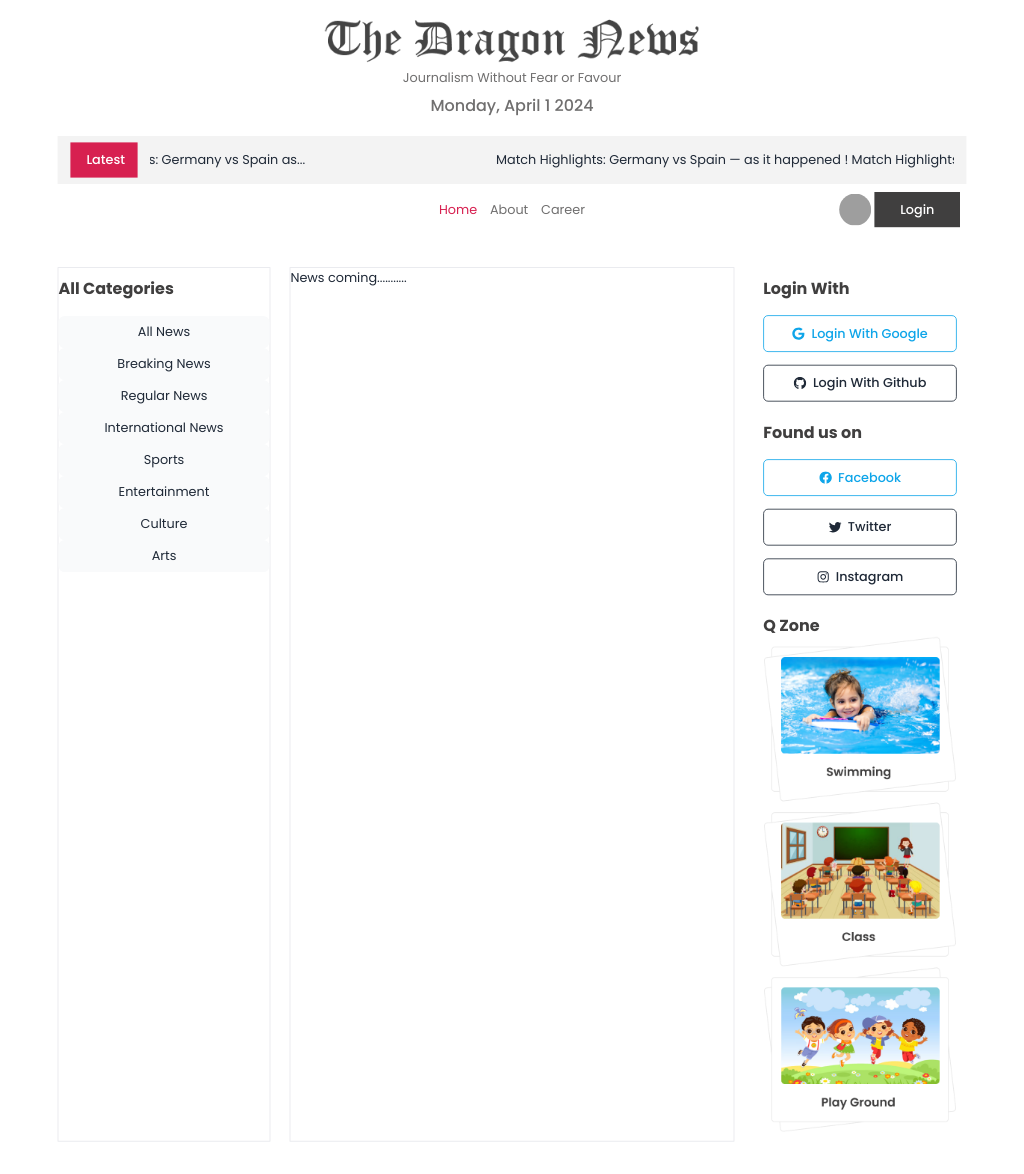
Repository: ShouravAhammed/react-dragon-news-auth
Page: /
An editor plug-in stored every save of this project. The page is shown before and after the next save, followed by the edit.
The browser window is 1280 px wide. The pictures show the whole page, at 80% of full size.
Pictures or frames that could not be fetched are drawn as grey boxes. The project was rebuilt for these pictures with package versions that can differ from the ones it lists, and the page was loaded fresh each time. Also part of the build but not shown: vite.config.js, src/pages/About/About.jsx, src/pages/Career/Career.jsx.

Above is the page before, as saved 2024-04-14 02:31:06.

### src/main.jsx
import React from 'react'
import ReactDOM from 'react-dom/client'
import './index.css'
import { RouterProvider } from 'react-router-dom'
import router from './Routes/Routes.jsx'

ReactDOM.createRoot(document.getElementById('root')).render(
  <React.StrictMode>
    <RouterProvider router={router}/>
  </React.StrictMode>,
)

### src/Routes/Routes.jsx
import Root from "../layout/Root";

import {
    createBrowserRouter,
  } from "react-router-dom";
import Home from "../pages/Home/Home";
import About from "../pages/About/About";
import Career from "../pages/Career/Career";

const router = createBrowserRouter([
    {
        path: '/',
        element: <Root></Root>,
        children: [
            {

                path: '/',
                element: <Home></Home>,
            },
            {

                path: '/about',
                element: <About></About>,
            },
            {

                path: '/career',
                element: <Career></Career>,
            },

        ]
    }
])

export default router;

### src/layout/Root.jsx
import { Outlet } from "react-router-dom";


const Root = () => {
    return (
        <div className="max-w-6xl mx-auto font-poppins px-2">
            <Outlet></Outlet>
        </div>
    );
};

export default Root;

### src/pages/Home/Home.jsx
import BreakingNews from "../BreakingNews/BreakingNews";
import Header from "../Shared/Header/Header";
import LeftSideNav from "../Shared/LeftSideNav/LeftSideNav";
import Navbar from "../Shared/Navbar/Navbar";
import RightSideNav from "../Shared/RIghtSideNav/RightSideNav";


const Home = () => {
    return (
        <div>
            <Header></Header>
            <BreakingNews></BreakingNews>
            <Navbar></Navbar>
            <div className="grid grid-cols-1 md:grid-cols-4 gap-6 my-10">
                <div className="col-span-1 border">
                    <LeftSideNav></LeftSideNav>
                </div>
                <div className="col-span-2 border">News coming...........</div>
                <div className="col-span-1">
                    <RightSideNav></RightSideNav>
                </div>
            </div>
        </div>
    );
};

export default Home;

### src/pages/BreakingNews/BreakingNews.jsx
import Marquee from "react-fast-marquee";
import { Link } from "react-router-dom";

const BreakingNews = () => {
  return (
    <div className="flex items-center gap-4 px-4 py-2 bg-[#F3F3F3]">
      <Link
        to={"/"}
        className="px-5 py-2.5 relative group overflow-hidden font-medium bg-[#D72050] text-white inline-block"
      >
        <span className="absolute top-0 left-0 flex w-full h-0 mb-0 transition-all duration-200 ease-out transform translate-y-0 bg-gray-50 group-hover:h-full"></span>
        <span className="relative group-hover:text-[#D72050]">Latest</span>
      </Link>
      <Marquee pauseOnHover={true} speed={100}>
        <p>
          Match Highlights: Germany vs Spain — as it happened ! Match
          Highlights: Germany vs Spain as...
        </p>
      </Marquee>
    </div>
  );
};

export default BreakingNews;

### src/pages/Shared/Header/Header.jsx

import moment from 'moment';
import logo from '../../../assets/logo.png'
const Header = () => {
    return (
        <div className=' space-y-2 text-center my-6'>
            <img className='mx-auto' src={logo} alt="" />
            <h3 className='text-[#18px] font-normal text-[#706F6F]'>Journalism Without Fear or Favour</h3>
            <p className='text-xl text-[#706F6F] font-medium'>{moment().format("dddd, MMMM D YYYY")}</p>
        </div>
    );
};

export default Header;

### src/pages/Shared/LeftSideNav/LeftSideNav.jsx
import { useEffect, useState } from "react";
import { NavLink } from "react-router-dom";

const LeftSideNav = () => {

        const [categories, setCategories] = useState([])

        useEffect(() => {
            fetch('categories.json')
            .then(res => res.json())
            .then(data => setCategories(data))
        }, [])

    return (
        <div>
           <div className="my-3">
           <h3 className="text-xl font-bold text-[#403F3F]">All Categories</h3>
           <div className="mt-5">
           {
            categories.map(categoryItem => <NavLink key={categoryItem.id} to={`/category/${categoryItem.id}`} className={`block py-2 text-center rounded-lg bg-gray-50 ${isActive => isActive ? 'text-red-500' : 'text-black'}`}>{categoryItem.name}</NavLink>)
           }
           </div>
           </div>

        </div>
    );
};

export default LeftSideNav;

### src/pages/Shared/Navbar/Navbar.jsx
import { Link, NavLink } from "react-router-dom";
import DefaultUser from '../../../assets/user.png'

const Navbar = () => {

    const navLinks =
    <>
        <li><NavLink to={'/'} className={({isActive}) => isActive ? 'text-[#D72050]' : 'text-[#706F6F]'}>Home</NavLink></li>
        <li><NavLink to={'/about'} className={({isActive}) => isActive ? 'text-[#D72050]' : 'text-[#706F6F]'}>About</NavLink></li>
        <li><NavLink to={'/career'} className={({isActive}) => isActive ? 'text-[#D72050]' : 'text-[#706F6F]'}>Career</NavLink></li>
    </>

    return (
        <div>
            <div className="navbar">
  <div className="navbar-start">
    <div className="dropdown">
      <div tabIndex={0} role="button" className="btn btn-ghost lg:hidden">
        <svg xmlns="http://www.w3.org/2000/svg" className="h-5 w-5" fill="none" viewBox="0 0 24 24" stroke="currentColor"><path strokeLinecap="round" strokeLinejoin="round" strokeWidth="2" d="M4 6h16M4 12h8m-8 6h16" /></svg>
      </div>
      <ul tabIndex={0} className=" menu-sm dropdown-content mt-3 z-[1] p-2 shadow bg-base-100 rounded-box w-52 text-[#706F6F] font-normal text-[18px]">
        {navLinks}
      </ul>
    </div>
  </div>
  <div className="navbar-center hidden lg:flex">
    <ul className="flex justify-center items-center gap-4 menu-horizontal px-1">
      {navLinks}
    </ul>
  </div>
  <div className="navbar-end">
  <div tabIndex={0} role="button" className="btn btn-ghost btn-circle avatar">
        <div className="w-10 rounded-full">
          <img alt="Tailwind CSS Navbar component" src={DefaultUser} />
        </div>
      </div>

  <Link
        className="px-8 py-2.5 relative group overflow-hidden font-medium bg-[#403F3F] text-white inline-block"
      >
        <span className="absolute top-0 left-0 flex w-full h-0 mb-0 transition-all duration-200 ease-out transform translate-y-0 bg-gray-50 group-hover:h-full"></span>
        <span className="relative group-hover:text-[#403F3F]">Login</span>
      </Link>
  </div>
</div>
        </div>
    );
};

export default Navbar;

### src/pages/Shared/RIghtSideNav/RightSideNav.jsx
import BtnLogin from "../../../Components/btnLogin/BtnLogin";


const RightSideNav = () => {
    return (
        <div>
            <BtnLogin></BtnLogin>
        </div>
    );
};

export default RightSideNav;

### src/Components/btnLogin/BtnLogin.jsx
import { FaFacebook, FaGithub, FaGoogle, FaInstagram, FaTwitter } from "react-icons/fa";
import QZone1 from '../../assets/qZone1.png'
import QZone2 from '../../assets/qZone2.png'
import QZone3 from '../../assets/qZone3.png'

const BtnLogin = () => {
    return (
        <div>
            <div className="p-3">
            <h3 className="text-xl font-bold text-[#403F3F]">Login With</h3>
            <div className="mt-5 space-y-4">
            <button
        className="w-full px-8 py-2.5 relative group overflow-hidden font-medium bg-white text-sky-500 inline-block border-sky-500 border rounded-md"
      >
        <span className="absolute top-0 left-0 flex w-full h-0 mb-0 transition-all duration-200 ease-out rounded-md transform translate-y-0 bg-sky-500 group-hover:h-full"></span>
        <div className="flex justify-center items-center gap-2">
        <span className="relative group-hover:text-white"><FaGoogle/></span>
        <span className="relative group-hover:text-white">Login With Google</span>
        </div>
      </button>
            <button
        className="w-full px-8 py-2.5 relative group overflow-hidden font-medium bg-white text-gray-800 inline-block border-gray-800 border rounded-md"
      >
        <span className="absolute top-0 left-0 flex w-full h-0 mb-0 transition-all duration-200 ease-out rounded-md transform translate-y-0 bg-gray-800 group-hover:h-full"></span>
        <div className="flex justify-center items-center gap-2">
        <span className="relative group-hover:text-white"><FaGithub /></span>
        <span className="relative group-hover:text-white">Login With Github</span>
        </div>
      </button>
            </div>
        </div>
            <div className="p-3">
            <h3 className="text-xl font-bold text-[#403F3F]">Found us on</h3>
            <div className="mt-5 space-y-4">
            <button
        className="w-full px-8 py-2.5 relative group overflow-hidden font-medium bg-white text-sky-500 inline-block border-sky-500 border rounded-md"
      >
        <span className="absolute top-0 left-0 flex w-full h-0 mb-0 transition-all duration-200 ease-out rounded-md transform translate-y-0 bg-sky-500 group-hover:h-full"></span>
        <div className="flex justify-center items-center gap-2">
        <span className="relative group-hover:text-white"><FaFacebook/></span>
        <span className="relative group-hover:text-white">Facebook</span>
        </div>
      </button>
            <button
        className="w-full px-8 py-2.5 relative group overflow-hidden font-medium bg-white text-gray-800 inline-block border-gray-800 border rounded-md"
      >
        <span className="absolute top-0 left-0 flex w-full h-0 mb-0 transition-all duration-200 ease-out rounded-md transform translate-y-0 bg-gray-800 group-hover:h-full"></span>
        <div className="flex justify-center items-center gap-2">
        <span className="relative group-hover:text-white"><FaTwitter /></span>
        <span className="relative group-hover:text-white">Twitter</span>
        </div>
      </button>
            <button
        className="w-full px-8 py-2.5 relative group overflow-hidden font-medium bg-white text-gray-800 inline-block border-gray-800 border rounded-md"
      >
        <span className="absolute top-0 left-0 flex w-full h-0 mb-0 transition-all duration-200 ease-out rounded-md transform translate-y-0 bg-gray-800 group-hover:h-full"></span>
        <div className="flex justify-center items-center gap-2">
        <span className="relative group-hover:text-white"><FaInstagram /></span>
        <span className="relative group-hover:text-white">Instagram</span>
        </div>
      </button>
            </div>
        </div>

        {/* Q zone */}

        <div className="p-3">
            <h3 className="text-xl font-bold text-[#403F3F]">Q Zone</h3>
            <img src={QZone1} alt="" />
            <img src={QZone2} alt="" />
            <img src={QZone3} alt="" />

        </div>

        </div>
    );
};

export default BtnLogin;

### tailwind.config.js
/** @type {import('tailwindcss').Config} */
export default {
  content: [
    "./index.html",
    "./src/**/*.{js,ts,jsx,tsx}",
  ],
  theme: {
    extend: {
      fontFamily: {
        poppins: '"Poppins", sans-serif;', // Adds a new `font-display` class
      }
    }
  },
  plugins: [require("daisyui")],
}

Loaded but not shown: index.html (common file); src/index.css (common file); public/categories.json (common file)

After the next save:
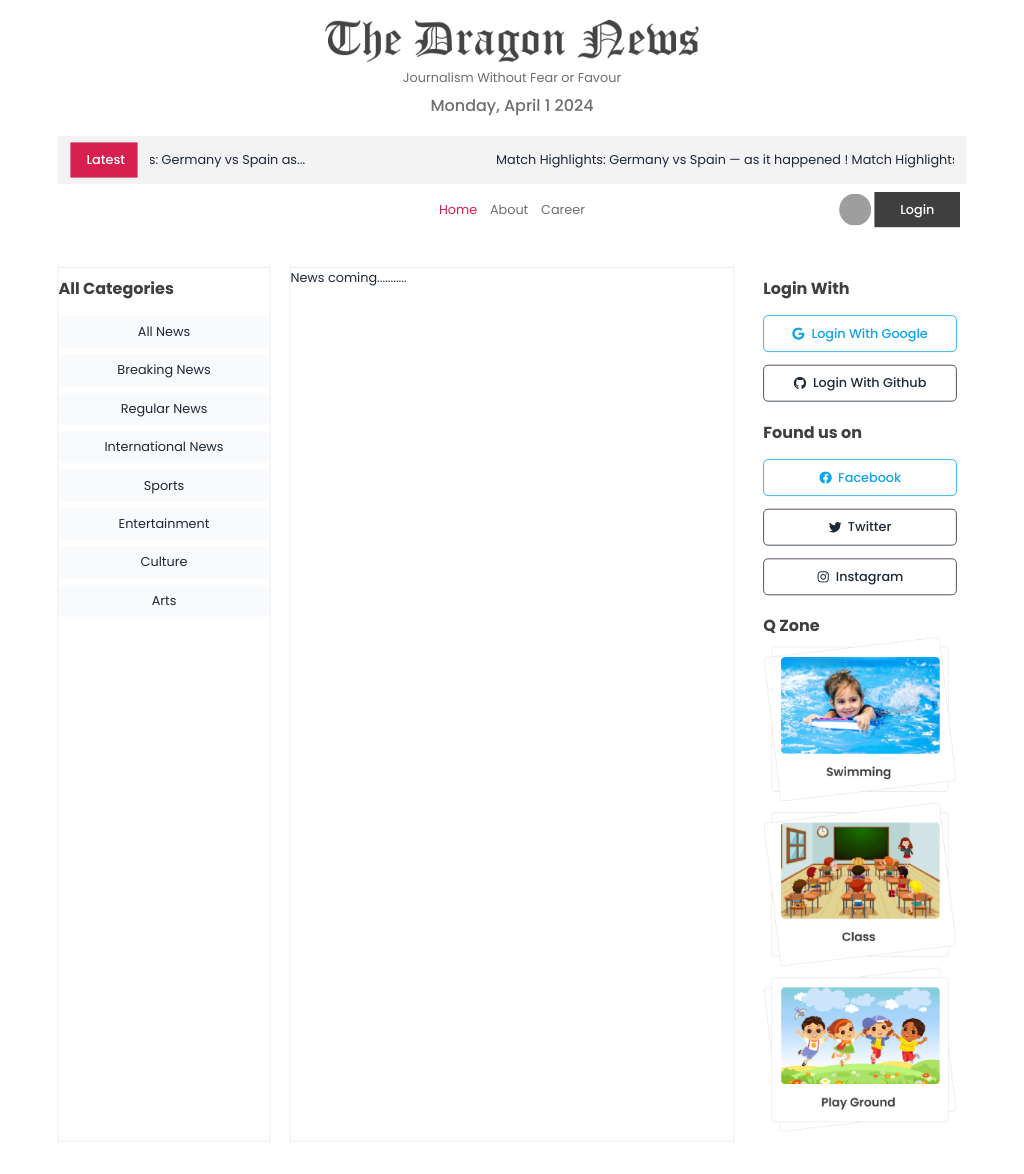
Saved 15 s later.
--- a/src/pages/Shared/LeftSideNav/LeftSideNav.jsx
+++ b/src/pages/Shared/LeftSideNav/LeftSideNav.jsx
@@ -17,7 +17,7 @@ const LeftSideNav = () => {
            <h3 className="text-xl font-bold text-[#403F3F]">All Categories</h3>
            <div className="mt-5">
            {
-            categories.map(categoryItem => <NavLink key={categoryItem.id} to={`/category/${categoryItem.id}`} className={`block py-2 text-center rounded-lg bg-gray-50 ${isActive => isActive ? 'text-red-500' : 'text-black'}`}>{categoryItem.name}</NavLink>)
+            categories.map(categoryItem => <NavLink key={categoryItem.id} to={`/category/${categoryItem.id}`} className={`block py-2 text-center rounded-lg my-2 bg-gray-50 ${isActive => isActive ? 'text-red-500' : 'text-black'}`}>{categoryItem.name}</NavLink>)
            }
            </div>
            </div>
